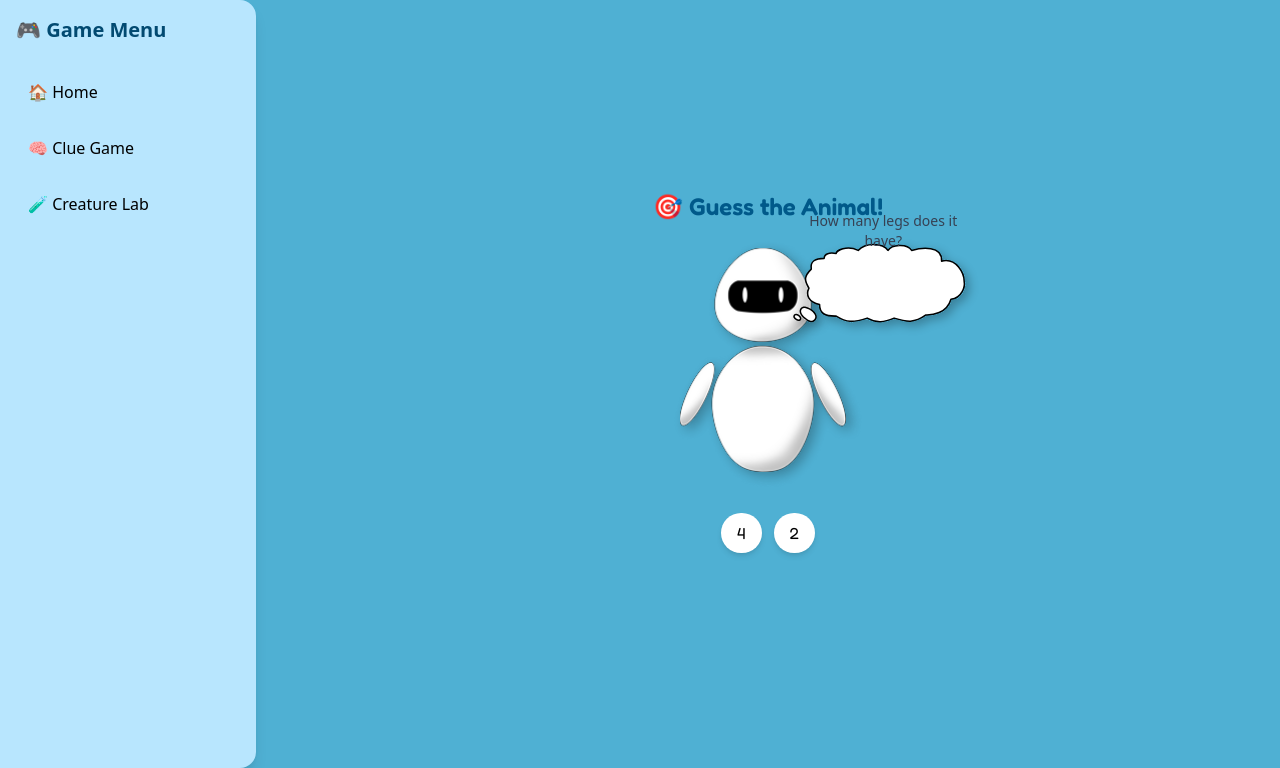
Repository: BN2323/TosAI
Page: /clue-game (app in client/)
These files come from the project's save history. The page is drawn as it stood at one moment and after a run of saves; the edit follows.
The browser window is 1280 px wide. The pictures show the whole page.
The project was rebuilt for these pictures with package versions that can differ from the ones it lists, and the page was loaded fresh each time. Also part of the build but not shown: client/vite.config.js, client/src/components/NavButton.jsx, client/src/pages/Home.jsx, client/src/pages/CreatureLab.jsx.

Above is the page before, as saved 2025-07-06 23:17:07.

### client/index.html
<!doctype html>
<html lang="en">
  <head>
    <meta charset="UTF-8" />
    <link rel="icon" type="image/svg+xml" href="/vite.svg" />
    <meta name="viewport" content="width=device-width, initial-scale=1.0" />
    <title>Vite + React</title>
    <link href="https://fonts.googleapis.com/css2?family=Fredoka:wght@400;600&display=swap" rel="stylesheet">
  </head>
  <body>
    <div id="root"></div>
    <script type="module" src="/src/main.jsx"></script>
  </body>
</html>

### client/src/index.css
@import "tailwindcss";

@layer components{
  .background{
    height: 100vh;
    width: 100%;
  }
  .button-hover{
    background-color: #62FFA3;
  }
  .main-col{
    background-color: #69CFF3;
  }
}

body {
  background-color: #4FB0D3;
  width: 100%;
  height: 100vh;
  overflow: hidden;
}

### client/src/App.jsx
import { BrowserRouter, Routes, Route } from "react-router-dom";
import Home from "./pages/Home";
import ClueGame from "./pages/ClueGame";
import CreatureLab from "./pages/CreatureLab";
import NavBar from "./components/NavBar";

export default function App() {
  return (
    <BrowserRouter>
      <div className="flex min-h-screen">
        {/* Sidebar */}
        <NavBar />

        {/* Page Content */}
        <div className="flex-1 p-6">
          <Routes>
            <Route path="/" element={<Home />} />
            <Route path="/clue-game" element={<ClueGame />} />
            <Route path="/creature-lab" element={<CreatureLab />} />
          </Routes>
        </div>
      </div>
    </BrowserRouter>
  );
}

### client/src/pages/ClueGame.jsx
import React, { useState, useEffect } from "react";
import Botto from "../assets/botto.png"
import DClound from "../assets/dialog clound.svg"
import Pig from "../assets/animals/pig.jpg"
import Dog from "../assets/animals/dog.jpg"
import Cat from "../assets/animals/cat.jpg"
import Cow from "../assets/animals/cow.jpg"
import Sheep from "../assets/animals/sheep.jpg"
import Horse from "../assets/animals/horse.jpg"
import Chicken from "../assets/animals/chicken.jpg"
import Duck from "../assets/animals/duck.jpg"
import Eagle from "../assets/animals/eagle.jpg"
import Owl from "../assets/animals/owl.jpg"
import Parrot from "../assets/animals/parrot.jpg"

export const animals = [
  { name: "Pig", legs: 4, habitat: "Farm", fly: "no", size: "medium", active: "day", color: "pink", sound: "Oink", src: Pig },
  { name: "Dog", legs: 4, habitat: "House", fly: "no", size: "medium", active: "day", color: "varies", sound: "Woof", src: Dog },
  { name: "Cat", legs: 4, habitat: "House", fly: "no", size: "small", active: "night", color: "varies", sound: "Meow", src: Cat },
  { name: "Cow", legs: 4, habitat: "Farm", fly: "no", size: "large", active: "day", color: "black and white", sound: "Moo", src: Cow },
  { name: "Sheep", legs: 4, habitat: "Farm", fly: "no", size: "medium", active: "day", color: "white", sound: "Baa", src: Sheep },
  { name: "Horse", legs: 4, habitat: "Farm", fly: "no", size: "large", active: "day", color: "brown", sound: "Neigh", src: Horse },
  { name: "Chicken", legs: 2, habitat: "Farm", fly: "yes", size: "small", active: "day", color: "white", sound: "Cluck", src: Chicken },
  { name: "Duck", legs: 2, habitat: "Pond", fly: "yes", size: "medium", active: "day", color: "white", sound: "Quack", src: Duck },
  { name: "Eagle", legs: 2, habitat: "Forest", fly: "yes", size: "large", active: "day", color: "brown", sound: "Screech", src: Eagle },
  { name: "Owl", legs: 2, habitat: "Forest", fly: "yes", size: "small", active: "night", color: "brown", sound: "Hoot", src: Owl },
  { name: "Parrot", legs: 2, habitat: "House", fly: "yes", size: "small", active: "day", color: "green", sound: "Squawk", src: Parrot },
  // { name: "Bee", legs: 6, habitat: "Garden", fly: "yes", size: "tiny", active: "day", color: "yellow", sound: "Buzz", src: Bee },
  // { name: "Butterfly", legs: 6, habitat: "Garden", fly: "yes", size: "tiny", active: "day", color: "varies", sound: "Silent", src: Butterfly },
  // { name: "Frog", legs: 4, habitat: "Pond", fly: "no", size: "small", active: "night", color: "green", sound: "Croak", src: Frog },
  // { name: "Snake", legs: 0, habitat: "Forest", fly: "no", size: "medium", active: "day", color: "green", sound: "Hiss", src: Snake },
  // { name: "Wolf", legs: 4, habitat: "Forest", fly: "no", size: "medium", active: "night", color: "gray", sound: "Howl", src: Wolf },
  // { name: "Bear", legs: 4, habitat: "Forest", fly: "no", size: "large", active: "day", color: "brown", sound: "Growl", src: Bear },
  // { name: "Polar Bear", legs: 4, habitat: "Arctic", fly: "no", size: "large", active: "day", color: "white", sound: "Growl", src: PolarBear },
  // { name: "Penguin", legs: 2, habitat: "Arctic", fly: "no", size: "medium", active: "day", color: "black and white", sound: "Honk", src: Penguin },
  // { name: "Kangaroo", legs: 2, habitat: "Grassland", fly: "no", size: "large", active: "day", color: "brown", sound: "Chortle", src: Kangaroo },
  // { name: "Elephant", legs: 4, habitat: "Savanna", fly: "no", size: "large", active: "day", color: "gray", sound: "Trumpet", src: Elephant },
  // { name: "Lion", legs: 4, habitat: "Savanna", fly: "no", size: "large", active: "day", color: "golden", sound: "Roar", src: Lion },
  // { name: "Tiger", legs: 4, habitat: "Forest", fly: "no", size: "large", active: "night", color: "orange", sound: "Roar", src: Tiger },
  // { name: "Deer", legs: 4, habitat: "Forest", fly: "no", size: "medium", active: "day", color: "brown", sound: "Bleat", src: Deer },
  // { name: "Giraffe", legs: 4, habitat: "Savanna", fly: "no", size: "large", active: "day", color: "yellow", sound: "Silent", src: Giraffe },
  // { name: "Monkey", legs: 2, habitat: "Forest", fly: "no", size: "small", active: "day", color: "brown", sound: "Chatter", src: Monkey },
  // { name: "Gorilla", legs: 2, habitat: "Forest", fly: "no", size: "large", active: "day", color: "black", sound: "Grunt", src: Gorilla },
  // { name: "Fox", legs: 4, habitat: "Forest", fly: "no", size: "small", active: "night", color: "red", sound: "Yip", src: Fox },
  // { name: "Bat", legs: 2, habitat: "Cave", fly: "yes", size: "small", active: "night", color: "black", sound: "Screech", src: Bat },
  // { name: "Rabbit", legs: 4, habitat: "Garden", fly: "no", size: "small", active: "night", color: "white", sound: "Silent", src: Rabbit },
  // { name: "Dolphin", legs: 0, habitat: "Ocean", fly: "no", size: "large", active: "day", color: "gray", sound: "Click", src: Dolphin },
  // { name: "Whale", legs: 0, habitat: "Ocean", fly: "no", size: "large", active: "day", color: "blue", sound: "Song", src: Whale },
  // { name: "Shark", legs: 0, habitat: "Ocean", fly: "no", size: "large", active: "day", color: "gray", sound: "Silent", src: Shark },
  // { name: "Goldfish", legs: 0, habitat: "Pond", fly: "no", size: "small", active: "day", color: "orange", sound: "Silent", src: Goldfish },
  // { name: "Crab", legs: 10, habitat: "Beach", fly: "no", size: "small", active: "day", color: "red", sound: "Clack", src: Crab },
  // { name: "Lobster", legs: 10, habitat: "Ocean", fly: "no", size: "medium", active: "night", color: "red", sound: "Clack", src: Lobster }
];


const questions = [
  { key: "legs", label: "How many legs does it have?" },
  { key: "fly", label: "Can it fly?" },
  { key: "habitat", label: "Where does it live?" },
  { key: "size", label: "What is its size?" },
  { key: "active", label: "Is it active during the day or night?" },
  { key: "color", label: "What is its main color?" },
  { key: "sound", label: "What sound does it make?" }
];

export default function ClueGame() {
  const [answers, setAnswers] = useState({});
  const [currentQIndex, setCurrentQIndex] = useState(0);
  const [gameOver, setGameOver] = useState(false);

  // Filter animals based on answers so far
  const remainingAnimals = animals.filter((animal) => {
    return Object.entries(answers).every(
      ([key, value]) => animal[key] === value
    );
  });

  // If only one animal left, end game
  if (remainingAnimals.length === 1 && !gameOver) {
    setGameOver(true);
  }

  // If no animals left, end game
  if (remainingAnimals.length === 0 && !gameOver) {
    setGameOver(true);
  }

  // Helper to get unique options for current question
  const getValidOptions = (questionKey, animalsList) => {
    const options = animalsList.map((a) => a[questionKey]);
    return [...new Set(options)];
  };

  const currentQuestion = questions[currentQIndex];

  // Options for current question filtered by remaining animals
  const options =
    currentQuestion && getValidOptions(currentQuestion.key, remainingAnimals);

  function handleAnswer(option) {
    const newAnswers = { ...answers, [currentQuestion.key]: option };
    setAnswers(newAnswers);

    // Filter animals after this answer
    const filtered = animals.filter((animal) =>
      Object.entries(newAnswers).every(([k, v]) => animal[k] === v)
    );

    if (filtered.length === 1 || filtered.length === 0) {
      setGameOver(true);
    } else {
      setCurrentQIndex(currentQIndex + 1);
    }
  }

  useEffect(() => {
    if (!gameOver && options && options.length === 1) {
      handleAnswer(options[0]);
      console.log(answers);
    }
  }, [options, gameOver]);

  return (
    <div className="min-h-screen w-full flex flex-col items-center justify-center px-4 py-6">
      {/* Game Title */}
      <h1 style={{ fontFamily: "Fredoka, sans-serif" }} className="text-2xl text-sky-800 font-semibold mb-4">
        🎯 Guess the Animal!
      </h1>

      {/* Bot + Question Bubble */}
      <div className="relative mb-6">
        <img src={Botto} alt="Bot" className="w-36 md:w-48" />
        <div className="absolute -top-2 left-[60%] w-48 h-28">
          <img src={DClound} alt="Speech Bubble" className="w-full h-full" />
          <div className="absolute top-5 left-4 right-4 flex items-center justify-center text-center">
            <p className="relative bottom-10 text-sm text-gray-700">{currentQuestion.label}</p>
          </div>
        </div>
      </div>

      {/* Answer Buttons */}
      {!gameOver && currentQuestion && options.length > 1 && (
        <div className="flex flex-wrap gap-3 justify-center mb-6">
          {options.map((option) => (
            <button
              key={option}
              onClick={() => handleAnswer(option)}
              className="px-4 py-2 bg-white text-black text-base rounded-full shadow-md transition hover:bg-emerald-300 hover:scale-105"
              style={{ fontFamily: "Fredoka, sans-serif" }}
            >
              {option}
            </button>
          ))}
        </div>
      )}

      {/* Result */}
      {gameOver && (
        <div className="flex flex-col items-center mt-4">
          <div className="backdrop-blur-md bg-white/50 border border-white/30 rounded-2xl shadow-md px-4 py-4 w-72 h-52 flex flex-col items-center justify-between">
            <h3 className="text-lg font-medium text-sky-900">
              {remainingAnimals.length === 1
                ? `It's a ${remainingAnimals[0].name}! 🎉`
                : "Hmm... I don’t know. 😕"}
            </h3>
            <div className="w-28 h-28 overflow-hidden rounded-xl">
              {remainingAnimals[0] && (
                <img src={remainingAnimals[0].src} alt={remainingAnimals[0].name} className="object-cover w-full h-full" />
              )}
            </div>
          </div>

          <button
            onClick={() => {
              setAnswers({});
              setCurrentQIndex(0);
              setGameOver(false);
            }}
            className="mt-4 px-4 py-2 bg-white text-black text-base rounded-full shadow-md hover:bg-emerald-300 hover:scale-105"
            style={{ fontFamily: "Fredoka, sans-serif" }}
          >
            🔁 Play Again
          </button>
        </div>
      )}
    </div>
  );
}

### client/src/components/NavBar.jsx
import { Link } from "react-router-dom";

function NavBar() {
  return (
    <nav className="w-64 min-h-screen bg-sky-200 shadow-lg p-4 flex flex-col gap-2 rounded-tr-2xl rounded-br-2xl">
      <h2 className="text-xl font-bold text-sky-900 mb-4">🎮 Game Menu</h2>

      <Link
        to="/"
        className="p-3 rounded-lg hover:bg-amber-300 transition-colors duration-200 font-medium"
      >
        🏠 Home
      </Link>

      <Link
        to="/clue-game"
        className="p-3 rounded-lg hover:bg-amber-300 transition-colors duration-200 font-medium"
      >
        🧠 Clue Game
      </Link>

      <Link
        to="/creature-lab"
        className="p-3 rounded-lg hover:bg-amber-300 transition-colors duration-200 font-medium"
      >
        🧪 Creature Lab
      </Link>
    </nav>
  );
}

export default NavBar;

Loaded but not shown: client/src/main.jsx (common file)

After the next 2 saves:
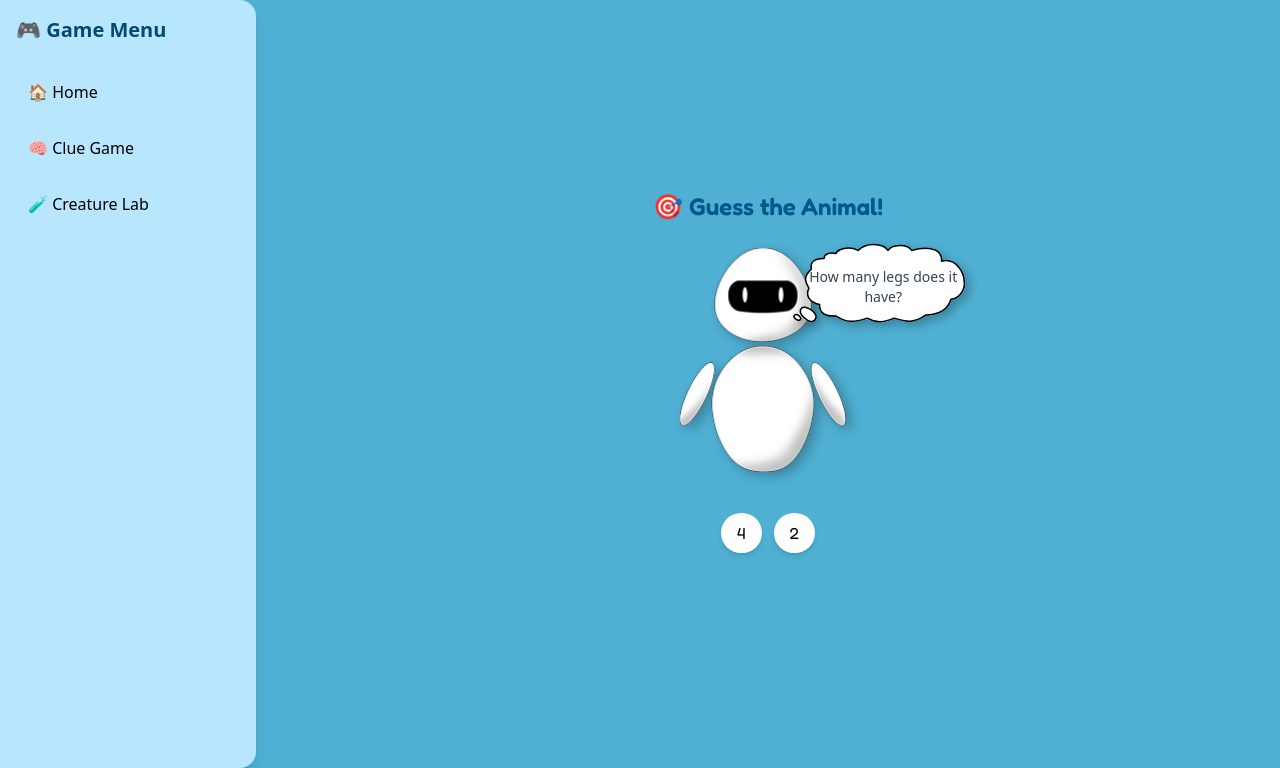
The 2 saves are shown as one change because they came seconds apart.
The last was saved 13 s later.
--- a/client/src/pages/ClueGame.jsx
+++ b/client/src/pages/ClueGame.jsx
@@ -133,7 +133,7 @@ export default function ClueGame() {
         <div className="absolute -top-2 left-[60%] w-48 h-28">
           <img src={DClound} alt="Speech Bubble" className="w-full h-full" />
           <div className="absolute top-5 left-4 right-4 flex items-center justify-center text-center">
-            <p className="relative bottom-10 text-sm text-gray-700">{currentQuestion.label}</p>
+            <p className="relative top-4 text-sm text-gray-700">{currentQuestion.label}</p>
           </div>
         </div>
       </div>
